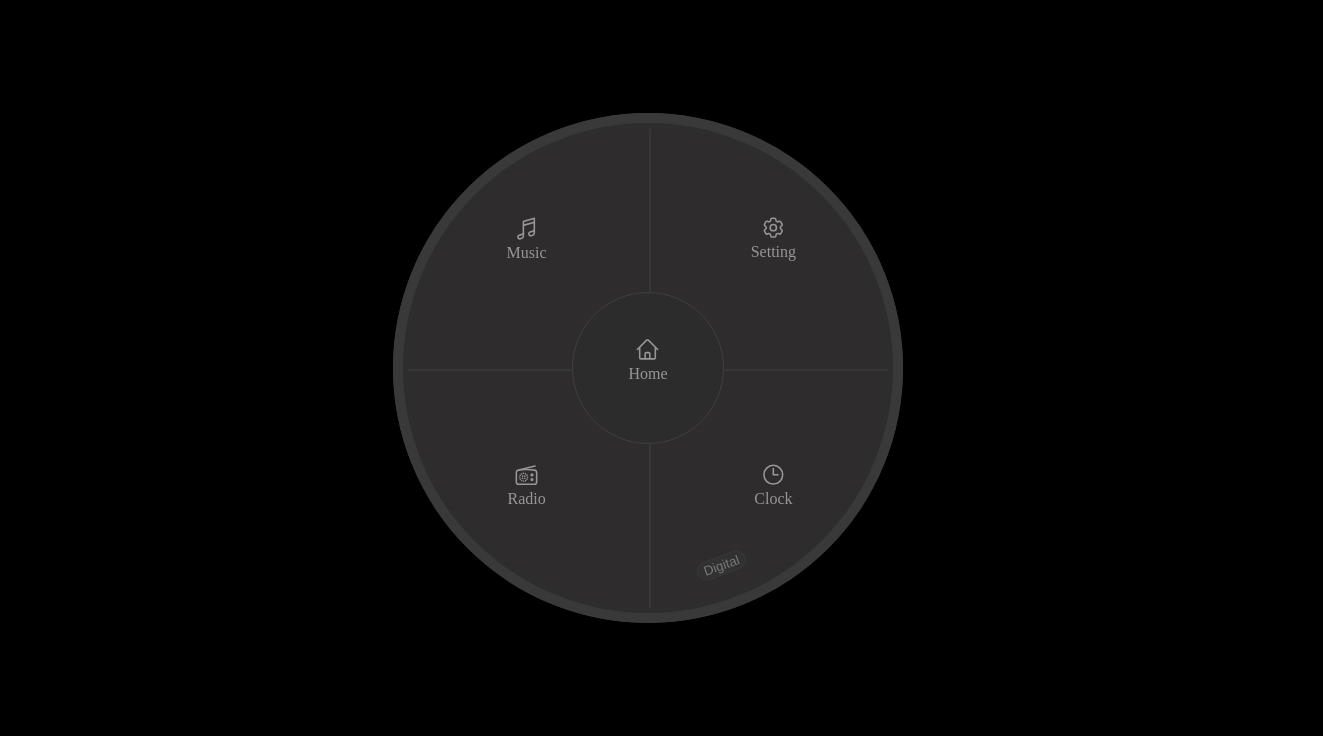
Repository: hsumyatm7308/Basecycle
Page: index.html
An editor plug-in stored every save of this project. The page is shown before and after the next save, followed by the edit.
The browser window is 1280 px wide. The page is 1323 px wide, so the pictures cover 1323 px, including what lies to the right of the window. The pictures show the whole page.

Above is the page before, as saved 2023-06-02 22:32:48.

### index.html
<!DOCTYPE html>
<html lang="en">

<head>

    <title>Circle control</title>
    <link rel="stylesheet" href="./style.css">
</head>

<body>
    <div class="ctn">

    <div class="container">

        <div class="container-left-top">

        </div>

        <div class="container-right-top">

        </div>

        <div class="container-right-bottom">

        </div>

        <div class="container-left-bottom">

        </div>



        <div class="second-container">



            <div class="left-top square " data-target=".container-left-top">
                <div class="textaligncenter">
                    <svg xmlns="http://www.w3.org/2000/svg" fill="none" viewBox="0 0 24 24" stroke-width="1.5"
                        stroke="currentColor" class="w-6 h-6 musicicon">
                        <path stroke-linecap="round" stroke-linejoin="round"
                            d="M9 9l10.5-3m0 6.553v3.75a2.25 2.25 0 01-1.632 2.163l-1.32.377a1.803 1.803 0 11-.99-3.467l2.31-.66a2.25 2.25 0 001.632-2.163zm0 0V2.25L9 5.25v10.303m0 0v3.75a2.25 2.25 0 01-1.632 2.163l-1.32.377a1.803 1.803 0 01-.99-3.467l2.31-.66A2.25 2.25 0 009 15.553z" />
                    </svg>

                    <p>Music</p>
                </div>
                <div class="cinmusic">

                </div>
            </div>

            <div class="right-top setting square " data-target=".container-right-top">
                <div class="textaligncenter">
                    <svg xmlns="http://www.w3.org/2000/svg" fill="none" viewBox="0 0 24 24" stroke-width="1.5"
                        stroke="currentColor" class="w-6 h-6 settingicon">
                        <path stroke-linecap="round" stroke-linejoin="round"
                            d="M9.594 3.94c.09-.542.56-.94 1.11-.94h2.593c.55 0 1.02.398 1.11.94l.213 1.281c.063.374.313.686.645.87.074.04.147.083.22.127.324.196.72.257 1.075.124l1.217-.456a1.125 1.125 0 011.37.49l1.296 2.247a1.125 1.125 0 01-.26 1.431l-1.003.827c-.293.24-.438.613-.431.992a6.759 6.759 0 010 .255c-.007.378.138.75.43.99l1.005.828c.424.35.534.954.26 1.43l-1.298 2.247a1.125 1.125 0 01-1.369.491l-1.217-.456c-.355-.133-.75-.072-1.076.124a6.57 6.57 0 01-.22.128c-.331.183-.581.495-.644.869l-.213 1.28c-.09.543-.56.941-1.11.941h-2.594c-.55 0-1.02-.398-1.11-.94l-.213-1.281c-.062-.374-.312-.686-.644-.87a6.52 6.52 0 01-.22-.127c-.325-.196-.72-.257-1.076-.124l-1.217.456a1.125 1.125 0 01-1.369-.49l-1.297-2.247a1.125 1.125 0 01.26-1.431l1.004-.827c.292-.24.437-.613.43-.992a6.932 6.932 0 010-.255c.007-.378-.138-.75-.43-.99l-1.004-.828a1.125 1.125 0 01-.26-1.43l1.297-2.247a1.125 1.125 0 011.37-.491l1.216.456c.356.133.751.072 1.076-.124.072-.044.146-.087.22-.128.332-.183.582-.495.644-.869l.214-1.281z" />
                        <path stroke-linecap="round" stroke-linejoin="round" d="M15 12a3 3 0 11-6 0 3 3 0 016 0z" />
                    </svg>
                    <p>Setting</p>
                </div>


            </div>

            <div class="right-bottom square clockbtn" data-target=".container-right-bottom">
                <div class="textaligncenter">
                    <svg xmlns="http://www.w3.org/2000/svg" fill="none" viewBox="0 0 24 24" stroke-width="1.5"
                        stroke="currentColor" class="w-6 h-6 clockicon">
                        <path stroke-linecap="round" stroke-linejoin="round"
                            d="M12 6v6h4.5m4.5 0a9 9 0 11-18 0 9 9 0 0118 0z" />
                    </svg>
                    <p>Clock</p>




                </div>

                <div class="cls">



                </div>

            </div>

            <div class="left-bottom square " data-target=".container-left-bottom">
                <div class="textaligncenter">
                    <svg xmlns="http://www.w3.org/2000/svg" fill="none" viewBox="0 0 24 24" stroke-width="1.5"
                        stroke="currentColor" class="w-6 h-6 radioicon">
                        <path stroke-linecap="round" stroke-linejoin="round"
                            d="M3.75 7.5l16.5-4.125M12 6.75c-2.708 0-5.363.224-7.948.655C2.999 7.58 2.25 8.507 2.25 9.574v9.176A2.25 2.25 0 004.5 21h15a2.25 2.25 0 002.25-2.25V9.574c0-1.067-.75-1.994-1.802-2.169A48.329 48.329 0 0012 6.75zm-1.683 6.443l-.005.005-.006-.005.006-.005.005.005zm-.005 2.127l-.005-.006.005-.005.005.005-.005.005zm-2.116-.006l-.005.006-.006-.006.005-.005.006.005zm-.005-2.116l-.006-.005.006-.005.005.005-.005.005zM9.255 10.5v.008h-.008V10.5h.008zm3.249 1.88l-.007.004-.003-.007.006-.003.004.006zm-1.38 5.126l-.003-.006.006-.004.004.007-.006.003zm.007-6.501l-.003.006-.007-.003.004-.007.006.004zm1.37 5.129l-.007-.004.004-.006.006.003-.004.007zm.504-1.877h-.008v-.007h.008v.007zM9.255 18v.008h-.008V18h.008zm-3.246-1.87l-.007.004L6 16.127l.006-.003.004.006zm1.366-5.119l-.004-.006.006-.004.004.007-.006.003zM7.38 17.5l-.003.006-.007-.003.004-.007.006.004zm-1.376-5.116L6 12.38l.003-.007.007.004-.004.007zm-.5 1.873h-.008v-.007h.008v.007zM17.25 12.75a.75.75 0 110-1.5.75.75 0 010 1.5zm0 4.5a.75.75 0 110-1.5.75.75 0 010 1.5z" />
                    </svg>
                    <p>Radio</p>
                </div>

                <div class=" cinradio">

                </div>
            </div>



        </div>


        <div class="center">
            <div class="textaligncenter">
                <svg xmlns="http://www.w3.org/2000/svg" fill="none" viewBox="0 0 24 24" stroke-width="1.5"
                    stroke="currentColor" class="w-6 h-6 homeicon">
                    <path stroke-linecap="round" stroke-linejoin="round"
                        d="M2.25 12l8.954-8.955c.44-.439 1.152-.439 1.591 0L21.75 12M4.5 9.75v10.125c0 .621.504 1.125 1.125 1.125H9.75v-4.875c0-.621.504-1.125 1.125-1.125h2.25c.621 0 1.125.504 1.125 1.125V21h4.125c.621 0 1.125-.504 1.125-1.125V9.75M8.25 21h8.25" />
                </svg>
                <p class="select">Home</p>
            </div>

        </div>

    </div>



    <div class="settingsection">
        <div class="settiong-items ">
            <svg xmlns="http://www.w3.org/2000/svg" fill="none" viewBox="0 0 24 24" stroke-width="1.5"
                stroke="currentColor" class="w-6 h-6" width="20px">
                <path stroke-linecap="round" stroke-linejoin="round"
                    d="M12 12.75c1.148 0 2.278.08 3.383.237 1.037.146 1.866.966 1.866 2.013 0 3.728-2.35 6.75-5.25 6.75S6.75 18.728 6.75 15c0-1.046.83-1.867 1.866-2.013A24.204 24.204 0 0112 12.75zm0 0c2.883 0 5.647.508 8.207 1.44a23.91 23.91 0 01-1.152 6.06M12 12.75c-2.883 0-5.647.508-8.208 1.44.125 2.104.52 4.136 1.153 6.06M12 12.75a2.25 2.25 0 002.248-2.354M12 12.75a2.25 2.25 0 01-2.248-2.354M12 8.25c.995 0 1.971-.08 2.922-.236.403-.066.74-.358.795-.762a3.778 3.778 0 00-.399-2.25M12 8.25c-.995 0-1.97-.08-2.922-.236-.402-.066-.74-.358-.795-.762a3.734 3.734 0 01.4-2.253M12 8.25a2.25 2.25 0 00-2.248 2.146M12 8.25a2.25 2.25 0 012.248 2.146M8.683 5a6.032 6.032 0 01-1.155-1.002c.07-.63.27-1.222.574-1.747m.581 2.749A3.75 3.75 0 0115.318 5m0 0c.427-.283.815-.62 1.155-.999a4.471 4.471 0 00-.575-1.752M4.921 6a24.048 24.048 0 00-.392 3.314c1.668.546 3.416.914 5.223 1.082M19.08 6c.205 1.08.337 2.187.392 3.314a23.882 23.882 0 01-5.223 1.082" />
            </svg>

        </div>

        <div class="settiong-items ">
            <svg xmlns="http://www.w3.org/2000/svg" fill="none" viewBox="0 0 24 24" stroke-width="1.5"
                stroke="currentColor" class="w-6 h-6" width="20px">
                <path stroke-linecap="round" stroke-linejoin="round"
                    d="M20.25 6.375c0 2.278-3.694 4.125-8.25 4.125S3.75 8.653 3.75 6.375m16.5 0c0-2.278-3.694-4.125-8.25-4.125S3.75 4.097 3.75 6.375m16.5 0v11.25c0 2.278-3.694 4.125-8.25 4.125s-8.25-1.847-8.25-4.125V6.375m16.5 0v3.75m-16.5-3.75v3.75m16.5 0v3.75C20.25 16.153 16.556 18 12 18s-8.25-1.847-8.25-4.125v-3.75m16.5 0c0 2.278-3.694 4.125-8.25 4.125s-8.25-1.847-8.25-4.125" />
            </svg>


        </div>

        <div class="settiong-items ">
            <svg xmlns="http://www.w3.org/2000/svg" fill="none" viewBox="0 0 24 24" stroke-width="1.5"
                stroke="currentColor" class="w-6 h-6" width="20px">
                <path stroke-linecap="round" stroke-linejoin="round"
                    d="M15.75 17.25v3.375c0 .621-.504 1.125-1.125 1.125h-9.75a1.125 1.125 0 01-1.125-1.125V7.875c0-.621.504-1.125 1.125-1.125H6.75a9.06 9.06 0 011.5.124m7.5 10.376h3.375c.621 0 1.125-.504 1.125-1.125V11.25c0-4.46-3.243-8.161-7.5-8.876a9.06 9.06 0 00-1.5-.124H9.375c-.621 0-1.125.504-1.125 1.125v3.5m7.5 10.375H9.375a1.125 1.125 0 01-1.125-1.125v-9.25m12 6.625v-1.875a3.375 3.375 0 00-3.375-3.375h-1.5a1.125 1.125 0 01-1.125-1.125v-1.5a3.375 3.375 0 00-3.375-3.375H9.75" />
            </svg>


        </div>

        <div class="settiong-items ">
            <svg xmlns="http://www.w3.org/2000/svg" fill="none" viewBox="0 0 24 24" stroke-width="1.5"
                stroke="currentColor" class="w-6 h-6" width="20px">
                <path stroke-linecap="round" stroke-linejoin="round"
                    d="M12 21a9.004 9.004 0 008.716-6.747M12 21a9.004 9.004 0 01-8.716-6.747M12 21c2.485 0 4.5-4.03 4.5-9S14.485 3 12 3m0 18c-2.485 0-4.5-4.03-4.5-9S9.515 3 12 3m0 0a8.997 8.997 0 017.843 4.582M12 3a8.997 8.997 0 00-7.843 4.582m15.686 0A11.953 11.953 0 0112 10.5c-2.998 0-5.74-1.1-7.843-2.918m15.686 0A8.959 8.959 0 0121 12c0 .778-.099 1.533-.284 2.253m0 0A17.919 17.919 0 0112 16.5c-3.162 0-6.133-.815-8.716-2.247m0 0A9.015 9.015 0 013 12c0-1.605.42-3.113 1.157-4.418" />
            </svg>


        </div>
    </div>


    <div class="clock-items">
        <button id="digital" class="btn digital">Digital</button>
    </div>

    <div class="clockhands ">
        <div class="minute"></div>
        <div class="centerdot"></div>
        <div class="hour" id="hour"></div>
    </div>

    <div class="digitalcontainer">
         <div class="digital-square"></div>
         <div class="digital-circleone"></div>

         <div class="line1">
            <div class="littledot"></div>
         </div>
         <h1 id="hr" class="digtime">12 <span>hr</span></h1>



         <div class="line2">
            <div class="littledot"></div>
         </div>
         <h1 id="mi" class="digtime">55 <span>min</span></h1>

         <div class="line3">
            <div class="littledot"></div>
         </div>
         <h1 id="se" class="digtime">20 <span>sec</span></h1>


         <div id="dgid1" class="digiani1  "></div>
         <div id="dgid2" class="digiani2  "></div>
    </div>



</div>
    <script src="../jq/jquery-3.7.0.min.js"></script>
    <script src="./script.js"></script>
</body>

</html>

### style.css

@import url('https://fonts.googleapis.com/css2?family=Roboto+Condensed:ital@1&display=swap');

body {
    width: 100%;
    height: 100vh;
    display: flex;
    background-color: #000;
    justify-content: center;
    align-items: center;
    /* overflow: hidden; */
}

.ctn{
    width: 950px;
    height: 100vh;
    /* background-color: #191717; */
    display: flex;
    justify-content: center;
    align-items: center;


    position: relative;
}


.container {
    width: 510px;
    height: 510px;
    background-color: #3a3939;
    border-radius: 50%;
    position: relative;



    overflow: hidden;
}


.container-left-top,
.container-right-top,
.container-right-bottom,
.container-left-bottom {
    width: 50%;
    height: 50%;
    background-color: #3a3939;
    /* background-color: #514f4f; */



}

.container-right-top {
    transform: translate(100%, -100%);

}

.container-right-bottom {
    transform: translate(100%, -100%);

}

.container-left-bottom {
    transform: translateY(-200%);
}



.second-container {
    width: 480px;
    height: 480px;
    background-color: #2e2c2c;
    border-radius: 50%;
    border: 5px solid #2d2d2d;

    position: absolute;
    left: 50%;
    top: 50%;

    transform: translate(-50%, -50%);


    overflow: hidden;



}

.left-top,
.right-top,
.right-bottom,
.left-bottom {
    width: 51%;
    height: 51%;

    background-color: #2e2c2c;
    border: 1px solid #3a3939;

    display: flex;
    justify-content: center;
    align-items: center;


}

.left-top {
    margin-top: -1%;
    margin-left: -1%;
}

.right-top {

    margin-left: -1%;
    transform: translate(100%, -100%);
}

.left-bottom {
    margin-left: -1%;
    transform: translateY(-200%);

}

.right-bottom {
    margin-left: -1%;
    transform: translate(100%, -100%);
    position: relative;

}

.left-top:hover,
.right-top:hover,
.right-bottom:hover,
.left-bottom:hover {
    background: #3a3939;

    transition: all 1s;
}




.center {
    width: 150px;
    height: 150px;
    background: #2d2c2c;
    border-radius: 100%;
    border: 1px solid #404040;
    position: absolute;
    left: 50%;
    top: 50%;
    transform: translate(-50%, -50%);
    z-index: 3;

    display: flex;
    justify-content: center;
    align-items: center;


}


.musicicon,
.radioicon,
.settingicon,
.clockicon,
.homeicon {
    width: 25px;

}


.textaligncenter {
    text-align: center;
    color: #989696;


}

.textaligncenter p {
    margin-top: -1px;
}






/* Setting Section */

.settingsection{
    width: 300px;
    height: 300px;
    /* background-color: aliceblue; */
    position: absolute;
    top: 50px;
    left: 500px;
    display: flex;

    visibility: hidden;


}

.settiong-items{
    width: 50px;
    height: 50px;
    background-color: #404040;
    border-radius: 50%;
    /* color: rgb(51, 51, 102); */
    color: #f4f4f4;
    display: flex;
    justify-content: center;
    align-items: center;
}



.settingani:nth-of-type(1){
    transform: translate(-60%,100%);
    animation: setitemone .3s linear forwards;
    opacity: 0;
}

.settingani:nth-of-type(2){

    transform: translate(-50%,40%);
    animation: setitemtwo .5s linear forwards;
    animation-delay: .3s;
    opacity: 0;


}

.settingani:nth-of-type(3){

    transform: translate(0%,100%);
    animation: setitemthree .5s linear forwards;
    animation-delay: .6s;
    opacity: 0;

}

.settingani:nth-of-type(4){

    transform: translate(30%,200%);
    animation: setitemfour .5s linear forwards;
    animation-delay: .9s;
    opacity: 0;

}


@keyframes setitemone {

    100%{
        transform: translate(50%,40%);
        opacity: 1;
    }
}



@keyframes setitemtwo {

    100%{
        transform: translate(100%,100%);
        opacity: 1;
    }
}

@keyframes setitemthree {


    100%{
        transform: translate(130%,200%);
        opacity: 1;

    }
}

@keyframes setitemfour {

    to{
        transform: translate(120%,323%);
        opacity: 1;

    }
}


/* Clock Section  */

.clock-items {
    margin-right: 10px;
    position: absolute;

    left: 520px;
    bottom: 150px;
    z-index: 6;

    transform: rotate(-20deg);

}

.clock-items .btn{
    color: #7a7979;

    border-radius: 10px;
    background-color: #323131;
    border: 1px solid #383737;
    margin: 3px;

}

.clock-items .btn:hover{
    opacity: .6;
}



.clocksection{
    width: 500px;
    height: 500px;
    /* background: #3a3939; */
    background: #2d2c2c;

    position: absolute;
    top: 0px;
    left:0px ;



    animation: clockani2 1s linear forwards;

}

.clocksectioninradio{
    width: 300px;
    height: 300px;
    /* background: #3a3939; */
    background: #2d2c2c;

    position: absolute;

    right: -300px;
    top: 0;

    z-index: 2;


    animation: clockani 1s linear forwards;
}



@keyframes clockani{
    to{
        right: -10px;
    }
}






@keyframes clockani2 {

    100% {
        top: -250px;
    }
}

.clocksectioninmusic{
    width: 400px;
    height: 400px;
    /* background-color: #3a3939; */
    background: #2d2c2c;


    position: absolute;
   left: -360px;
    top: -400px;

    z-index: 2;

    animation: clockani3 1s linear forwards;
    animation-delay: 1s;
}

@keyframes clockani3 {

    100% {
        left: 0;
        top: 0px;
    }
}


.centerhomeani{
   animation: centerhomeani 1s linear forwards;
}

@keyframes centerhomeani {
    to{
        transform: scale(.3) translate(80%,180%);
        background: #323131;
        border: 5px solid #404040;

        z-index: 4;


    }
}



.clockhands{
    width: 480px;
    height: 480px;
    /* background-color: #2d2b2b; */
    border-radius: 50%;
    display: flex;
    justify-content: center;
    align-items: center;
    position: absolute;

    transition: all .5s;

    z-index: 2;

    display: flex;
    justify-content: center;
    align-items: center;

    /* visibility: hidden; */
    transform: scale(0);


}

.clhandani{
    animation: clhandvisible 1s linear forwards;
    animation-delay: 1.5s;
}

@keyframes clhandvisible{
    to{
    transform: scale(1);

    }
}



.clockhands .centerdot{
    width: 20px;
    height: 20px;
    background-color: #343333;
    border: 1px solid #514f4f;

    border-radius: 50%;
    position: absolute;
    z-index: 5;
}



.hour{
    width: 8px ;
    height: 170px;
    background-color: #454343;
    border-radius:50px 50px 0px 0px;
    border: 1px solid #514f4f;

    position: absolute;
    left: 237px;
    top: 70px;

    transform-origin: 55% 100%;
    /* transform: rotate(360deg); */
    z-index: 4;

}


.minute{
    width: 8px;
    height: 220px;
    background-color: #454343;
    border-radius: 50px 50px 0 0 ;
    border: 1px solid #514f4f;


    /* margin-top: -50%; */
    position: absolute;
    left: 240px;
    top: 18px;

    z-index: 4;

    transform-origin:55% 100%;
}



.digitalcontainer{
    width: 570px;
    height: 570px;
    /* background-color: #7a7979; */

    position: absolute;
    left: 580px;
    top: 120px;
    z-index: -1;

    overflow: hidden;
    /* display: none; */

}

.digital-square{
    width: 100%;
    height: 45%;
    background-color: #000;

    position: absolute;
    z-index: 1;

}

.digital-circleone{
    width: 600px;
    height: 600px;
    border-radius: 50%;
    /* background-color: blue; */
    border: 5px solid #3a3939;

   transform: translate(-70%,-10%);
}

.digitalcontainer .digtime{
   color: #f4f4f4;
    position: absolute;
    right: 28%;
    z-index: 3;


}

.digtime span{
    font-size: 17px;
    font-weight: 500;
    vertical-align: -25px;
    color: rgb(228, 228, 235);

}

.digitalcontainer .digtime:nth-of-type(1){
    bottom: 40%;

    font-size: 28px;
    color: #f4f4f4f4;
    font-family: 'Roboto Condensed', sans-serif;
}

.digitalcontainer .digtime:nth-of-type(2){
    bottom: 20%;

    font-size: 28px;
    color: #f4f4f4;
    font-family: 'Roboto Condensed', sans-serif;
}

.digitalcontainer .digtime:nth-of-type(3){
    bottom: 0%;

    font-size: 28px;
    color: #f4f4f4;
    font-family: 'Roboto Condensed', sans-serif;
}




.line1{
    width: 140px;
    height: 3px;
    background-color: #514f4f;

    position: absolute;
    bottom: 50%;
    right: 45%;

    z-index: 2;

    display: flex;
    justify-content: end;
    align-items: center;
}

.littledot{
    width: 8px;
    height: 8px;
    background-color: #514f4f;
    border-radius: 50%;

}



.line2{
    width: 170px;
    height: 3px;
    background-color: #514f4f;

    position: absolute;
    right: 45%;
    bottom: 31%;

    display: flex;
    justify-content: end;
    align-items: center;
}

.line3{
    width: 280px;
    height: 3px;
    background-color: #514f4f;

    position: absolute;
    bottom: 11%;
    right: 45%;

    z-index: 2;

    display: flex;
    justify-content: end;
    align-items: center;
}

.digiani1{
    width: 340px;
    height: 60%;
    background-color: #000;
    position: absolute;
    right: 44.5%;
    bottom: 8%;
    z-index: 3;
    transition: all 1s;


}



.digiani2{
    width:100px ;
    height: 60%;
    background-color: #000;
    position: absolute;
    bottom: 8%;
    right: 26.8%;

    /* transform: translateY(100%); */
    z-index: 3;
    animation-delay: 1.5s;
    transition: all 1s;

}

.dgani1p1{
    animation: digiani 2s linear forwards;
    animation-delay: 1s;

}

.dgani2p1{
    animation: digiani2 2s linear forwards;

}

@keyframes digiani{
 to{
   transform: translate(200%);
 }
}

@keyframes digiani2{
    to{
        transform: translateY(100%);
    }
}


.dganireverse1{
    animation: dganireverse1 2s linear forwards;

}

.dganireverse2{
    animation: dganireverse2 2s linear forwards;

}

@keyframes dganireverse1{
    from{
   transform: translate(200%);

    }
    to{
      transform: translate(0%);
    }
   }

   @keyframes dganireverse2{
    from{
        transform: translateY(100%);

    }
       to{
           transform: translateY(0%);
       }
   }

Loaded but not shown: jq/jquery-3.7.0.min.js (library); script.js (119 lines, source omitted)

After the next save:
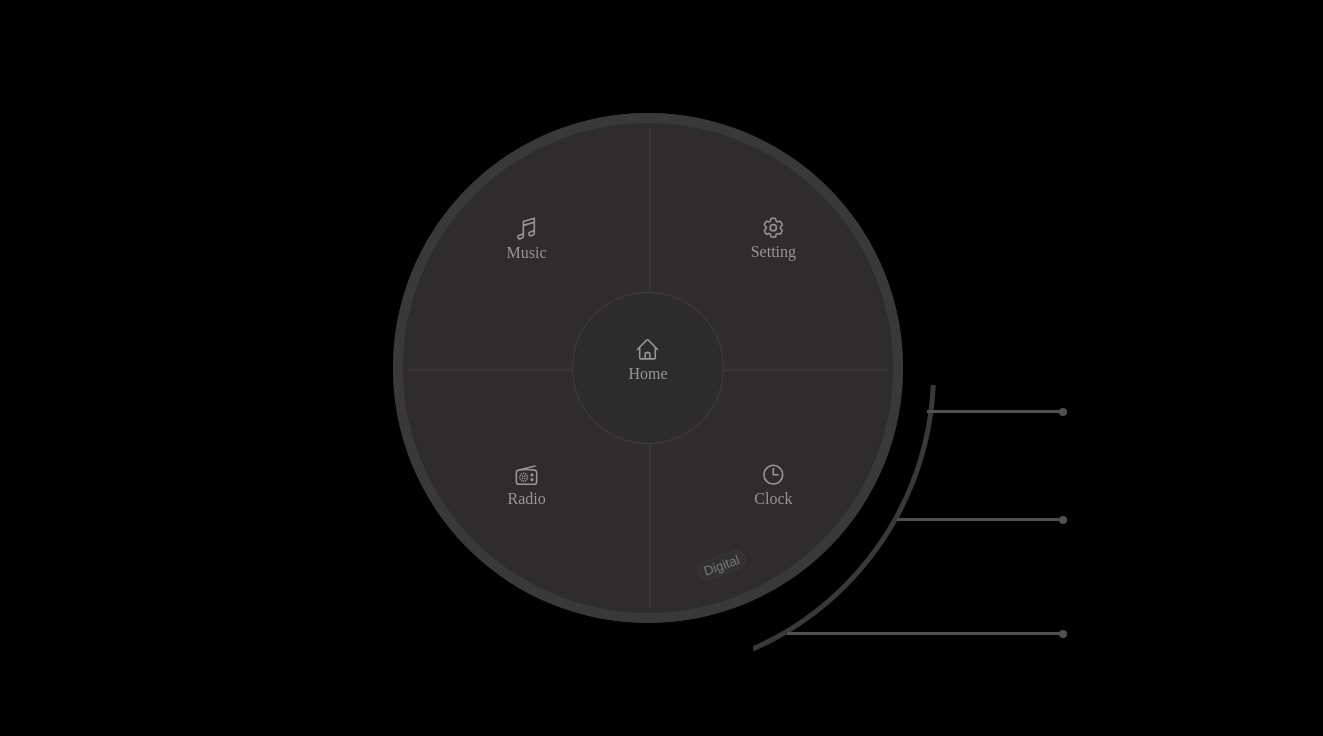
Saved 4 s later.
--- a/index.html
+++ b/index.html
@@ -195,7 +195,7 @@
          <h1 id="se" class="digtime">20 <span>sec</span></h1>
 
 
-         <div id="dgid1" class="digiani1  "></div>
+         <div id="dgid1" class="  "></div>
          <div id="dgid2" class="digiani2  "></div>
     </div>
 

After the save that followed:
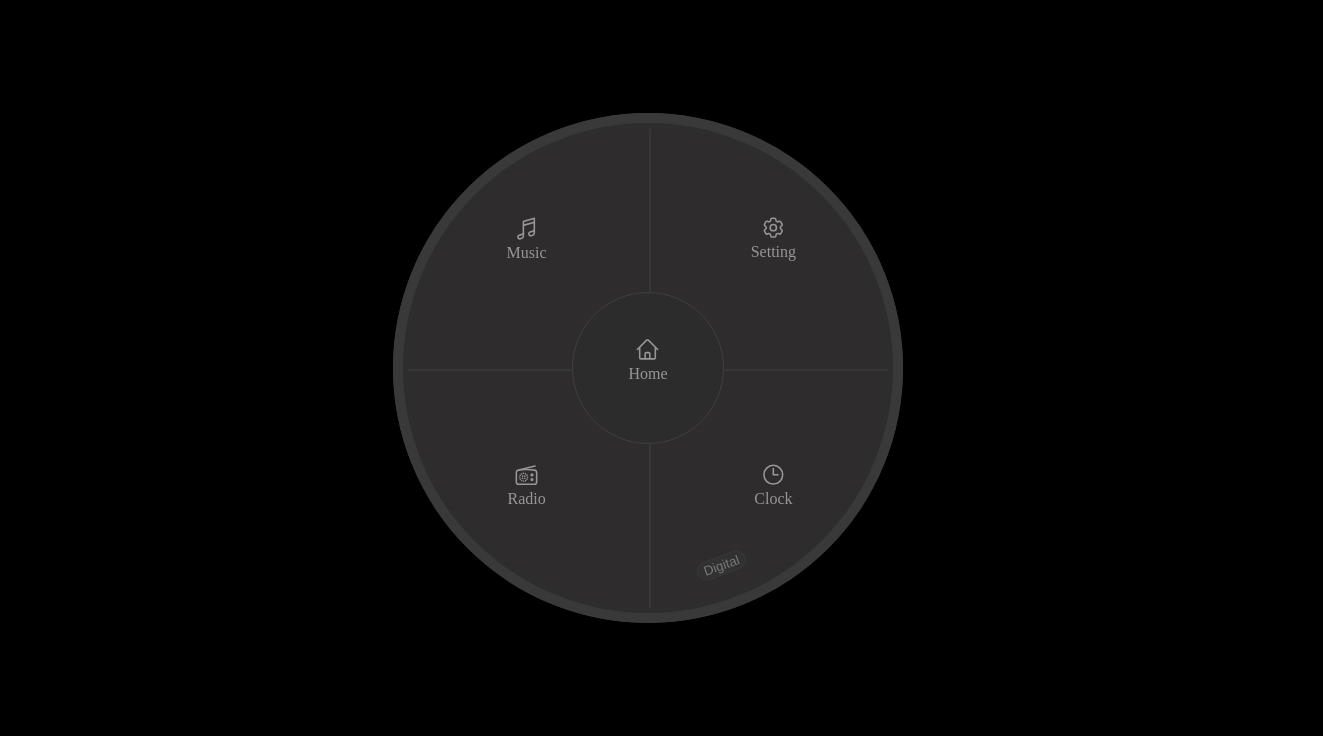
Saved 24 s later.
--- a/index.html
+++ b/index.html
@@ -195,7 +195,7 @@
          <h1 id="se" class="digtime">20 <span>sec</span></h1>
 
 
-         <div id="dgid1" class="  "></div>
+         <div id="dgid1" class="digiani1  "></div>
          <div id="dgid2" class="digiani2  "></div>
     </div>
 
